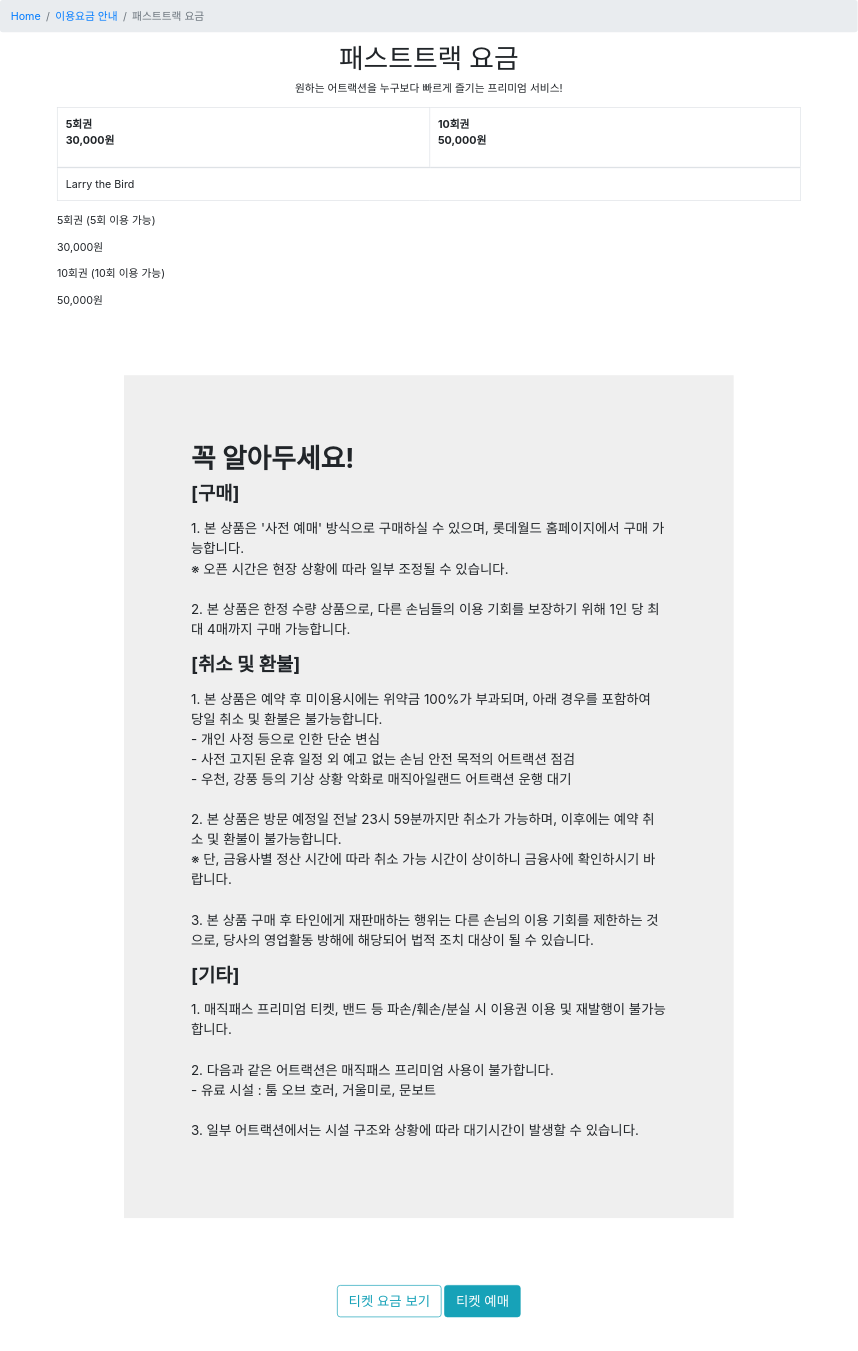
Repository: ppeace1216/team
Page: http://localhost/team/webapps/charge/fastInfo.jsp
An editor plug-in stored every save of this project. The page is shown before and after the next save, followed by the edit.
The browser window is 1280 px wide. The pictures show the whole page, at 67% of full size.
The page is served by Tomcat 9. Other server files are loaded and not shown. The template is opened directly, without the code that normally fills it, so the values that code supplies are empty.

Above is the page before, as saved 2022-12-18 12:57:31.

### team/webapps/charge/fastInfo.jsp
<%@ page language="java" contentType="text/html; charset=UTF-8"
    pageEncoding="UTF-8"%>
<%@ taglib prefix="c" uri="http://java.sun.com/jsp/jstl/core"  %>
<%@ taglib prefix="fmt" uri="http://java.sun.com/jsp/jstl/fmt" %>
<%@ page import="java.util.*, java.lang.*" %>
<%@ page import="java.text.*, java.net.InetAddress" %>
<c:set var="path1" value="${request.getContextPath() }" />
<c:set var="path2" value="${pageContext.request.contextPath }" />
<!DOCTYPE html>
<html lang="en">
<head>
    <meta charset="UTF-8">
    <meta http-equiv="X-UA-Compatible" content="IE=edge">
    <meta name="viewport" content="width=device-width, initial-scale=1.0">
    <title>Ticket Infomation_fastInfo</title>
	<link rel="stylesheet" href="https://cdn.jsdelivr.net/npm/bootstrap@4.6.2/dist/css/bootstrap.min.css">
    <script src="https://code.jquery.com/jquery-latest.js"></script>
	<script src="https://cdn.jsdelivr.net/npm/bootstrap@4.6.2/dist/js/bootstrap.bundle.min.js"></script>
    <style>
	* { margin: 0; padding: 0; }
	body, html { width:100%; }
	ul { list-style:none; }
	a { text-decoration: none; }
	button, input { outline:0; background-color: #333; color:#fff; }
	.wrap { width: 100%; clear:both; }
    .container {display:block; clear:both;}
    .top {text-align: center;}
    .notiDiv {display:block; margin: 100px; padding: 100px;background-color: rgb(239, 239, 239);}
    .tit {font-size :40px; font-weight: 700;}
    .dotTit {font-size: 28px;}
    .barList {font-size : 20px;}
    .buttonDiv {text-align: center; margin: 50px 0;}
    </style>
</head>
<body>
<nav aria-label="breadcrumb">
    <ol class="breadcrumb">
        <li class="breadcrumb-item"><a href="${path2 }/">Home</a></li>
        <li class="breadcrumb-item"><a href="#">이용요금 안내</a></li>
        <li class="breadcrumb-item active" aria-current="page">패스트트랙 요금</li>
    </ol>
</nav>
<div class="container">
    <div class="top">
        <h1>패스트트랙 요금</h1>
        <p>원하는 어트랙션을 누구보다 빠르게 즐기는 프리미엄 서비스!</p>
    </div>
    <table class="table table-bordered">
        <thead>
          <tr>
            <th scope="col"><span class="tl">5회권</span><p>30,000원</p></th>
            <th scope="col"><span>10회권</span><p>50,000원</p></th>
          </tr>
        </thead>
        <tbody>
          <tr>
            <td colspan="2">Larry the Bird</td>
          </tr>
        </tbody>
    </table>
    <ul class="topArea">
        <li>
            <p>5회권 <span class="fLight">(5회 이용 가능)</span></p>
            <p>30,000원</p>
        </li>
        <li>
            <p>10회권 <span class="fLight">(10회 이용 가능)</span></p>
            <p>50,000원</p>
        </li>
    </ul>
    <div class="notiDiv">
        <h4 class="tit">꼭 알아두세요!</h4>
        <p class="dotTit"><strong>[구매]</strong></p>
        <p class="barList">1. 본 상품은 '사전 예매' 방식으로 구매하실 수 있으며, 롯데월드 홈페이지에서 구매 가능합니다.<br>
            ※ 오픈 시간은 현장 상황에 따라 일부 조정될 수 있습니다.<br><br>
          2. 본 상품은 한정 수량 상품으로, 다른 손님들의 이용 기회를 보장하기 위해 1인 당 최대 4매까지 구매 가능합니다.</p>
        <p class="dotTit"><strong>[취소 및 환불]</strong></p>
        <p class="barList">1. 본 상품은 예약 후 미이용시에는 위약금 100%가 부과되며, 아래 경우를 포함하여 당일 취소 및 환불은 불가능합니다.<br>
            - 개인 사정 등으로 인한 단순 변심<br>
            - 사전 고지된 운휴 일정 외 예고 없는 손님 안전 목적의 어트랙션 점검<br>
            - 우천, 강풍 등의 기상 상황 악화로 매직아일랜드 어트랙션 운행 대기<br><br>
            2. 본 상품은 방문 예정일 전날 23시 59분까지만 취소가 가능하며, 이후에는 예약 취소 및 환불이 불가능합니다. <br>
            ※ 단, 금융사별 정산 시간에 따라 취소 가능 시간이 상이하니 금융사에 확인하시기 바랍니다.<br><br>
            3. 본 상품 구매 후 타인에게 재판매하는 행위는 다른 손님의 이용 기회를 제한하는 것으로, 당사의 영업활동 방해에 해당되어 법적 조치 대상이 될 수 있습니다.</p>
        <p class="dotTit"><strong>[기타]</strong></p>
        <p class="barList">1. 매직패스 프리미엄 티켓, 밴드 등 파손/훼손/분실 시 이용권 이용 및 재발행이 불가능합니다.<br><br>
            2. 다음과 같은 어트랙션은 매직패스 프리미엄 사용이 불가합니다.<br>
            - 유료 시설 : 툼 오브 호러, 거울미로, 문보트<br><br>
            3. 일부 어트랙션에서는 시설 구조와 상황에 따라 대기시간이 발생할 수 있습니다.</p>
        </div>
    <div class="buttonDiv">
        <a href="${path2 }/charge/tichetInfo.jsp" type="button" class="btn btn-outline-info btn-lg">티켓 요금 보기</a>
        <a href="" type="button" class="btn btn-info btn-lg">티켓 예매</a>
    </div>
</div>
<footer>

</footer>
</body>
</html>

After the next save:
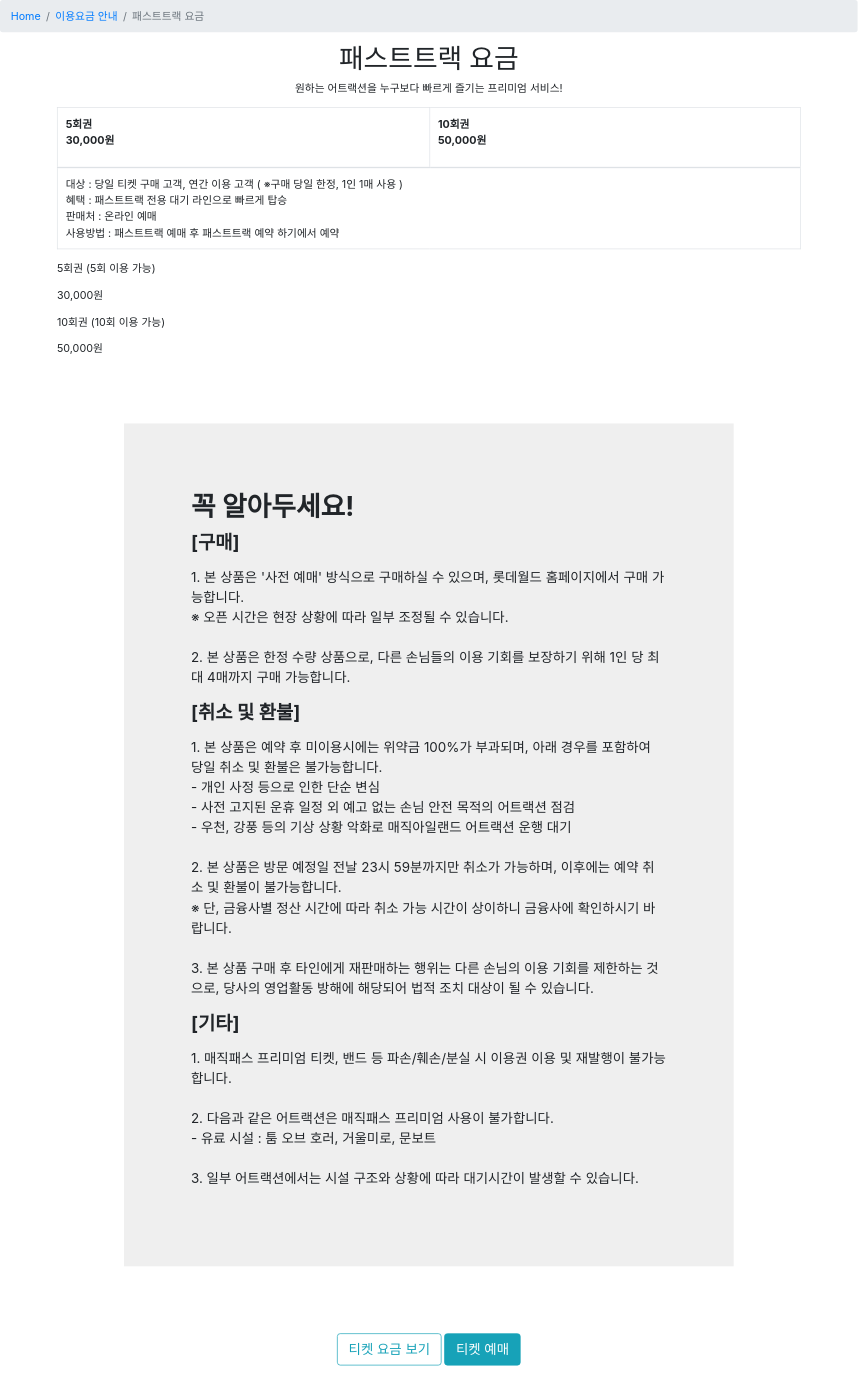
Saved 51 min 57 s later.
--- a/team/webapps/charge/fastInfo.jsp
+++ b/team/webapps/charge/fastInfo.jsp
@@ -54,7 +54,12 @@
         </thead>
         <tbody>
           <tr>
-            <td colspan="2">Larry the Bird</td>
+            <td colspan="2">
+            	대상 : 당일 티켓 구매 고객, 연간 이용 고객 (  ※구매 당일 한정, 1인 1매 사용 )<br>
+				혜택 : 패스트트랙 전용 대기 라인으로 빠르게 탑승<br>
+				판매처 : 온라인 예매<br>
+				사용방법 : 패스트트랙 예매 후 패스트트랙 예약 하기에서 예약
+			</td>
           </tr>
         </tbody>
     </table>
